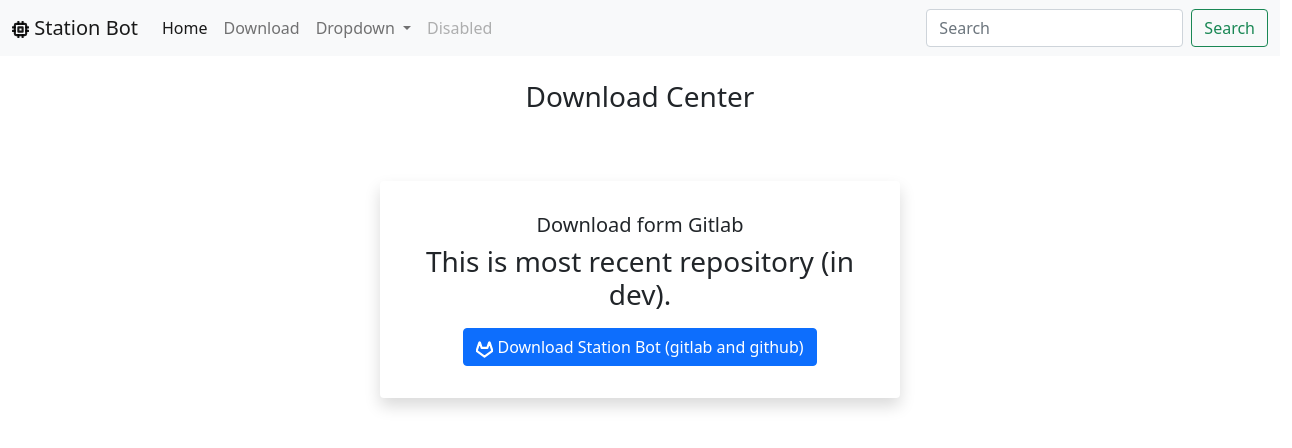
Repository: Valenplayer3000/StationBot-Web
Page: downloads.html
These files come from the project's save history. The page is drawn as it stood at one moment and after the next save; the edit follows.
The browser window is 1280 px wide. The page is 1292 px wide, so the pictures cover 1292 px, including what lies to the right of the window. The pictures show the whole page.
Some web libraries are served in a nearby version.

Above is the page before, as saved 2021-11-02 09:16:13.

### downloads.html
<!DOCTYPE html>
<head>
    <!-- Required meta tags -->
    <meta charset="utf-8">
    <meta name="viewport" content="width=device-width, initial-scale=1">

    <!-- Bootstrap CSS and JS -->
    <script src="https://cdn.jsdelivr.net/npm/bootstrap@5.1.3/dist/js/bootstrap.bundle.min.js" integrity="sha384-ka7Sk0Gln4gmtz2MlQnikT1wXgYsOg+OMhuP+IlRH9sENBO0LRn5q+8nbTov4+1p" crossorigin="anonymous"></script>
    <link href="https://cdn.jsdelivr.net/npm/bootstrap@5.1.3/dist/css/bootstrap.min.css" rel="stylesheet" integrity="sha384-1BmE4kWBq78iYhFldvKuhfTAU6auU8tT94WrHftjDbrCEXSU1oBoqyl2QvZ6jIW3" crossorigin="anonymous">

    <!-- Font Awesome (Icons) -->
    <script src="https://kit.fontawesome.com/e5254c2b1e.js" crossorigin="anonymous"></script>

    <!-- Feather Icons -->
    <script src="https://unpkg.com/feather-icons"></script>
    <!-- Site's Titles -->
    <title>Station Bot</title>
</head>
<html lang="en">
  <nav class="navbar navbar-expand-lg navbar-light bg-light">
    <div class="container-fluid">
      <a class="navbar-brand" href="#"><i data-feather="cpu"></i> Station Bot</a>
      <button class="navbar-toggler" type="button" data-bs-toggle="collapse" data-bs-target="#navbarSupportedContent" aria-controls="navbarSupportedContent" aria-expanded="false" aria-label="Toggle navigation">
        <span class="navbar-toggler-icon"></span>
      </button>
      <div class="collapse navbar-collapse" id="navbarSupportedContent">
        <ul class="navbar-nav me-auto mb-2 mb-lg-0">
          <li class="nav-item">
            <a class="nav-link active" aria-current="page" href="index.html">Home</a>
          </li>
          <li class="nav-item">
            <a class="nav-link" href="#">Download</a>
          </li>
          <li class="nav-item dropdown">
            <a class="nav-link dropdown-toggle" href="#" id="navbarDropdown" role="button" data-bs-toggle="dropdown" aria-expanded="false">
              Dropdown
            </a>
            <ul class="dropdown-menu" aria-labelledby="navbarDropdown">
              <li><a class="dropdown-item" href="#">Action</a></li>
              <li><a class="dropdown-item" href="#">Another action</a></li>
              <li><hr class="dropdown-divider"></li>
              <li><a class="dropdown-item" href="#">Something else here</a></li>
            </ul>
          </li>
          <li class="nav-item">
            <a class="nav-link disabled">Disabled</a>
          </li>
        </ul>
        <form class="d-flex">
          <input class="form-control me-2" type="search" placeholder="Search" aria-label="Search">
          <button class="btn btn-outline-success" type="submit">Search</button>
        </form>
      </div>
    </div>
  </nav>
  <br>
  <h3 class="header">Download Center
  <br>
  <br>
  <br>
    <div class="row">
        <div class="col-sm-5 center">
          <div class="shadow p-3 mb-5 bg-body rounded">
            <div class="card-body">
              <h5 class="card-title">Download form Gitlab</h5>
              <p class="card-text">This is most recent repository (in dev).</p>
              <!-- Button trigger modal -->
                <button type="button" class="btn btn-primary" data-bs-toggle="modal" data-bs-target="#exampleModal"> <i data-feather="gitlab"></i>  Download Station Bot (gitlab and github)
                </button>

                <!-- Modal -->
                <div class="modal fade" id="exampleModal" tabindex="-1" aria-labelledby="exampleModalLabel" aria-hidden="true">
                  <div class="modal-dialog">
                    <div class="modal-content">
                      <div class="modal-header">
                        <h5 class="modal-title" id="exampleModalLabel">Modal title</h5>
                        <button type="button" class="btn-close" data-bs-dismiss="modal" aria-label="Close"></button>
                      </div>
                      <div class="modal-body">
                        You are going to Gitlab
                      </div>
                      <div class="modal-footer">
                        <button type="button" class="btn btn-danger"><i data-feather="check"></i> Take me to Download!</button>
                        <button type="button" class="btn btn-secondary" data-bs-dismiss="modal">Close</button>
                      </div>
                    </div>
                  </div>
                </div>
            </div>
          </div>
        </div>
      </div>
      <br>
</html>
<style>
  .feather {
  width: 17px;
  height: 17px;
  stroke: currentColor;
  stroke-width: 3;
  stroke-linecap: round;
  stroke-linejoin: round;
  fill: none;
}
.header{
  text-align: center;
}
.center{
  margin: 0 auto;
}
</style>
<script>
  feather.replace()
</script>
<script>
  var TxtRotate = function(el, toRotate, period) {
  this.toRotate = toRotate;
  this.el = el;
  this.loopNum = 1;
  this.period = parseInt(period, 10) || 1000;
  this.txt = '';
  this.tick();
  this.isDeleting = false;
};

TxtRotate.prototype.tick = function() {
  var i = this.loopNum % this.toRotate.length;
  var fullTxt = this.toRotate[i];

  if (this.isDeleting) {
    this.txt = fullTxt.substring(0, this.txt.length - 1);
  } else {
    this.txt = fullTxt.substring(0, this.txt.length + 1);
  }

  this.el.innerHTML = '<span class="wrap">'+this.txt+'</span>';

  var that = this;
  var delta = 200 - Math.random() * 100;

  if (this.isDeleting) { delta /= 2; }

  if (!this.isDeleting && this.txt === fullTxt) {
    delta = this.period;
    this.isDeleting = true;
  } else if (this.isDeleting && this.txt === '') {
    this.isDeleting = false;
    this.loopNum++;
    delta = 500;
  }

  setTimeout(function() {
    that.tick();
  }, delta);
};

window.onload = function() {
  var elements = document.getElementsByClassName('txt-rotate');
  for (var i=0; i<elements.length; i++) {
    var toRotate = elements[i].getAttribute('data-rotate');
    var period = elements[i].getAttribute('data-period');
    if (toRotate) {
      new TxtRotate(elements[i], JSON.parse(toRotate), period);
    }
  }
  // INJECT CSS
  var css = document.createElement("style");
  css.type = "text/css";
  css.innerHTML = ".txt-rotate > .wrap { border-right: 0.09em solid #666 }";
  document.body.appendChild(css);
};
</script>
<style>
@import url('https://fonts.googleapis.com/css2?family=Inter:wght@100;200;300;400;500;600;700;800;900&display=swap');
.tpyewirter {
text-align: center;
  font-family: 'Inter';
}
.button-center{
  display: flex;
  margin: auto;
}
</style>

After the next save:
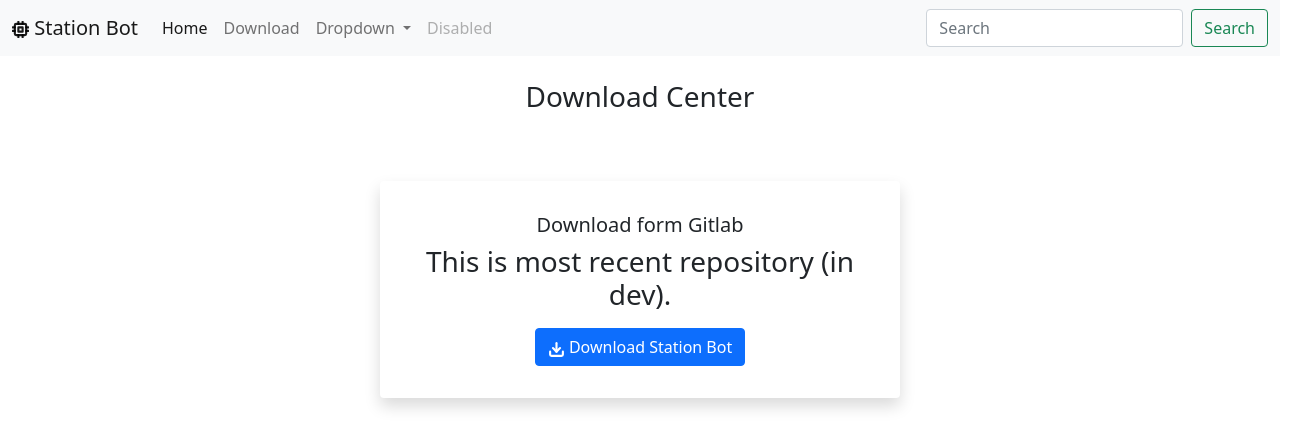
Saved 20 s later.
--- a/downloads.html
+++ b/downloads.html
@@ -65,7 +65,7 @@
               <h5 class="card-title">Download form Gitlab</h5>
               <p class="card-text">This is most recent repository (in dev).</p>
               <!-- Button trigger modal -->
-                <button type="button" class="btn btn-primary" data-bs-toggle="modal" data-bs-target="#exampleModal"> <i data-feather="gitlab"></i>  Download Station Bot (gitlab and github)
+                <button type="button" class="btn btn-primary" data-bs-toggle="modal" data-bs-target="#exampleModal"> <i data-feather="download"></i>  Download Station Bot
                 </button>
 
                 <!-- Modal -->
